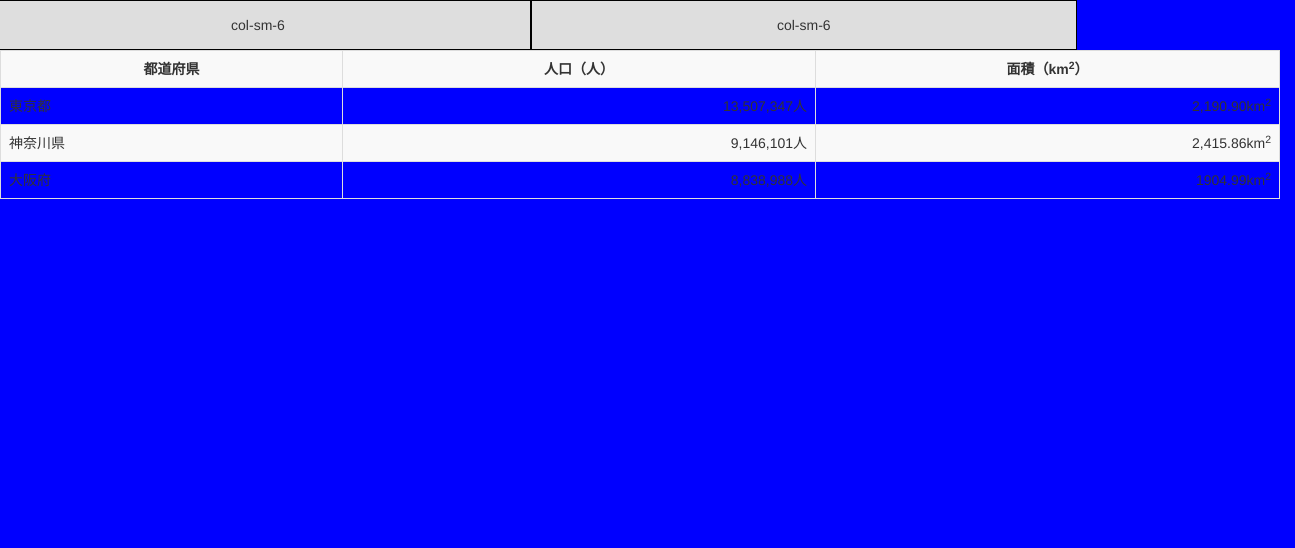
Repository: mihanayano/kadai-monolist
Page: bootstrap_lesson.html
The author's editor kept a record of every edit. The page is drawn from the files as they stood at one moment, then again after the next edit.
The browser window is 1280 px wide. The page is 1295 px wide, so the pictures cover 1295 px, including what lies to the right of the window. The pictures show the whole page.

Above is the page before.

### bootstrap_lesson.html
<!DOCTYPE html>
<html>
    <head>
        <meta charset="utf-8">
        <meta http-equiv="X-UA-Compatible" content="IE=edge">
        <meta name="viewport" content="width=device-width, initial-scale=1">


        <title>Grid System Test</title>

        <!-- Bootstrap CSS-->
        <link rel="stylesheet" href="https://maxcdn.bootstrapcdn.com/bootstrap/3.3.7/css/bootstrap.min.css">
        <!-- jQuery -->
        <script src="https://ajax.googleapis.com/ajax/libs/jquery/1.12.4/jquery.min.js"></script>
        <!-- Bootstrap JavaScript-->
        <script src="https://maxcdn.bootstrapcdn.com/bootstrap/3.3.7/js/bootstrap.min.js"></script>


        <link rel="stylesheet" href="bootstrap_lesson.css">
        <style>
            .row div {
                border: 1px solid #000;
                padding: 1em;
                text-align: center;
                background-color: #dedede;
            }

        </style>

    </head>
    <body>
    <div class="row">
        <div class="col-sm-5">col-sm-6</div>
        <div class="col-sm-5">col-sm-6</div>
    </div>

    <table class="table table-striped table-bordered">
    <tr>
        <th class="text-center">都道府県</th>
        <th class="text-center">人口（人）</th>
        <th class="text-center">面積（km<sup>2</sup>）</th>
    </tr>
    <tr>
        <td>東京都</td>
        <td class="text-right">13,507,347人</td>
        <td class="text-right">2,190.90km<sup>2</sup></td>
    </tr>
    <tr>
        <td>神奈川県</td>
        <td class="text-right">9,146,101人</td>
        <td class="text-right">2,415.86km<sup>2</sup></td>
    </tr>
    <tr>
        <td>大阪府</td>
        <td class="text-right">8,838,988人</td>
        <td class="text-right">1904.99km<sup>2</sup></td>
    </tr>
</table>

</body>

</html>

### bootstrap_lesson.css
body {
  background-color: #000;
}

@media (min-width: 500px) {
    /* style applied if window's width is 500px or more */
    body {
        background-color: #f00;
    }
}

@media (min-width: 750px) {
    /* style applied if window's width is 750px or more */
    body {
        background-color: #0f0;
    }
}

@media (min-width: 1000px) {
    /* style applied if window's width is 1000px or more */
    body {
        background-color: #00f;
    }
}

After the next edit:
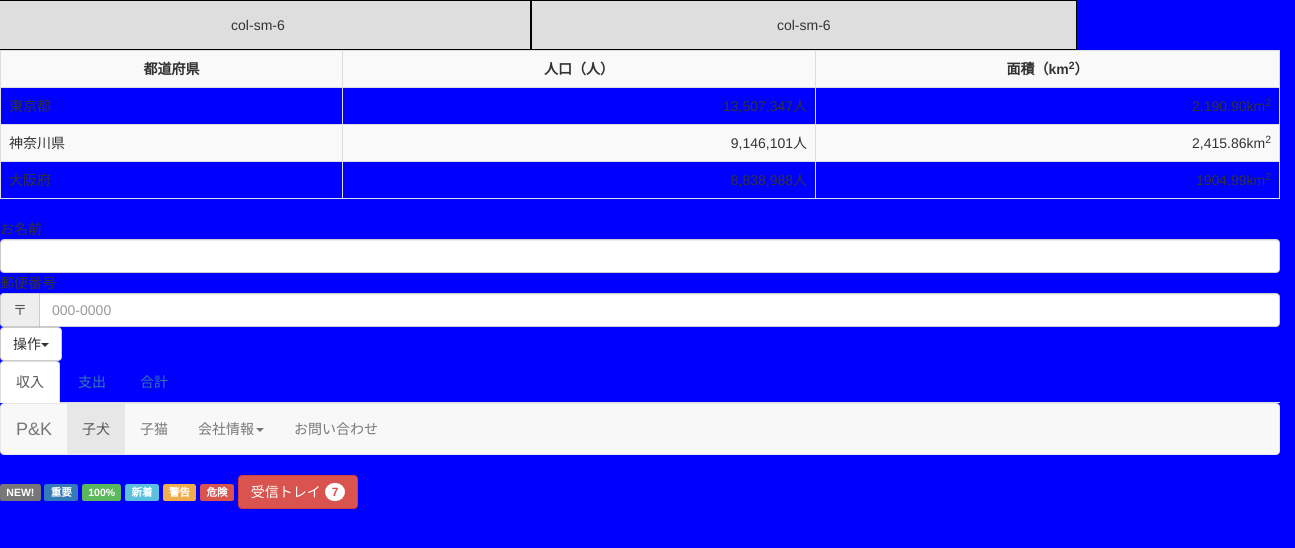
The edit:
--- a/bootstrap_lesson.html
+++ b/bootstrap_lesson.html
@@ -57,6 +57,84 @@
     </tr>
 </table>
 
+<form>
+    お名前
+    <input type="text" class="form-control">
+</form>
+
+<form>
+  郵便番号
+  <div class="input-group">
+    <!-- left accessory -->
+    <span class="input-group-addon">〒</span>
+
+    <input type="text" class="form-control" placeholder="000-0000">
+  </div>
+</form>
+
+<div class="dropdown">
+  <button type="button" class="btn btn-default dropdown-toggle" data-toggle="dropdown">
+    操作<span class="caret"></span>
+  </button>
+  <!-- choices -->
+  <ul class="dropdown-menu">
+    <li><a href="#">返信</a></li>
+    <li><a href="#">転送</a></li>
+    <li role="separator" class="divider"></li>
+    <li><a href="#">削除</a></li>
+  </ul>
+
+  <ul class="nav nav-tabs">
+  <li class="active"><a href="#">収入</a></li>
+  <li><a href="#">支出</a></li>
+  <li><a href="#">合計</a></li>
+</ul>
+</div>
+<nav class="navbar navbar-default">
+  <div class="container-fluid">
+    <div class="navbar-header">
+      <!-- hamburger button which shows narrow width -->
+      <button type="button" class="navbar-toggle collapsed" data-toggle="collapse" data-target="#navbar">
+        <span class="icon-bar"></span>
+        <span class="icon-bar"></span>
+        <span class="icon-bar"></span>
+      </button>
+
+      <!-- link back to the home -->
+      <a class="navbar-brand" href="#">P&amp;K</a>
+    </div>
+
+    <!-- menu items -->
+    <div id="navbar" class="collapse navbar-collapse">
+      <ul class="nav navbar-nav">
+        <li class="active"><a href="#">子犬</a></li>
+        <li><a href="#">子猫</a></li>
+        <li class="dropdown">
+          <a href="#" class="dropdown-toggle" data-toggle="dropdown">会社情報<span class="caret"></span></a>
+          <ul class="dropdown-menu">
+            <li><a href="#">ビジョン</a></li>
+            <li><a href="#">会社概要</a></li>
+            <li><a href="#">地図</a></li>
+            <li><a href="#">沿革</a></li>
+          </ul>
+        </li>
+        <li><a href="#">お問い合わせ</a></li>
+      </ul>
+    </div><!-- /.navbar-collapse -->
+  </div><!-- /.container-fluid -->
+</nav>
+
+<span class="label label-default">NEW!</span>
+<span class="label label-primary">重要</span>
+<span class="label label-success">100%</span>
+<span class="label label-info">新着</span>
+<span class="label label-warning">警告</span>
+<span class="label label-danger">危険</span>
+
+<button class="btn btn-danger" type="button">
+  受信トレイ <span class="badge">7</span>
+</button>
+
 </body>
 
 </html>
